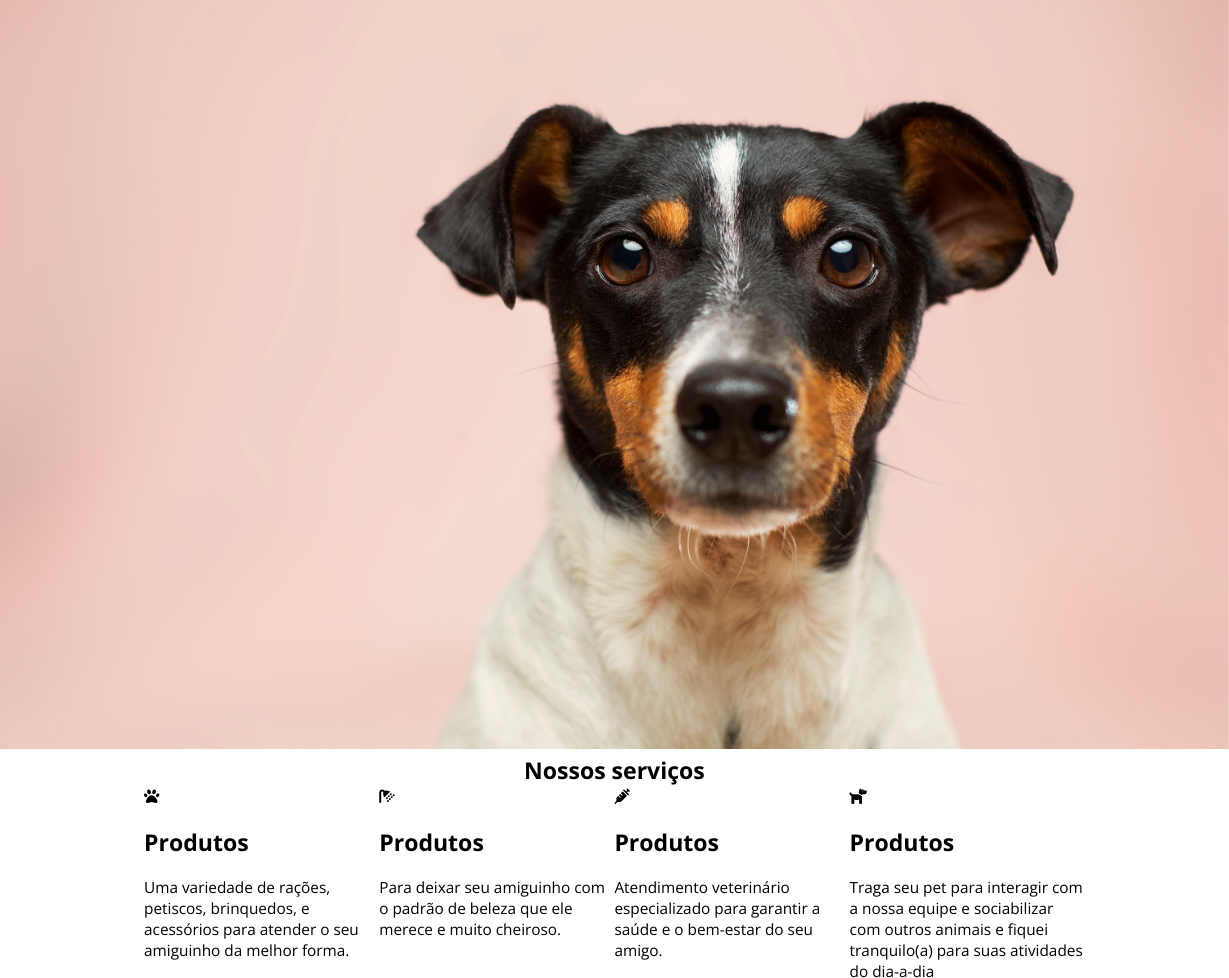
Repository: Carolden/ProhetoPetShop
Page: index.html
These files come from the project's save history. The page is drawn as it stood at one moment and after the next save; the edit follows.
The browser window is 1280 px wide. The pictures show the part of the page from y = 270 to 1289 px (the page is 2823 px tall before and 2863 px after), at 96% of full size.
A picture or video elsewhere on the page could not be fetched, so the positions and the page height are approximate.

Above is the page before, as saved 2023-04-28 10:25:03.

After the next save:
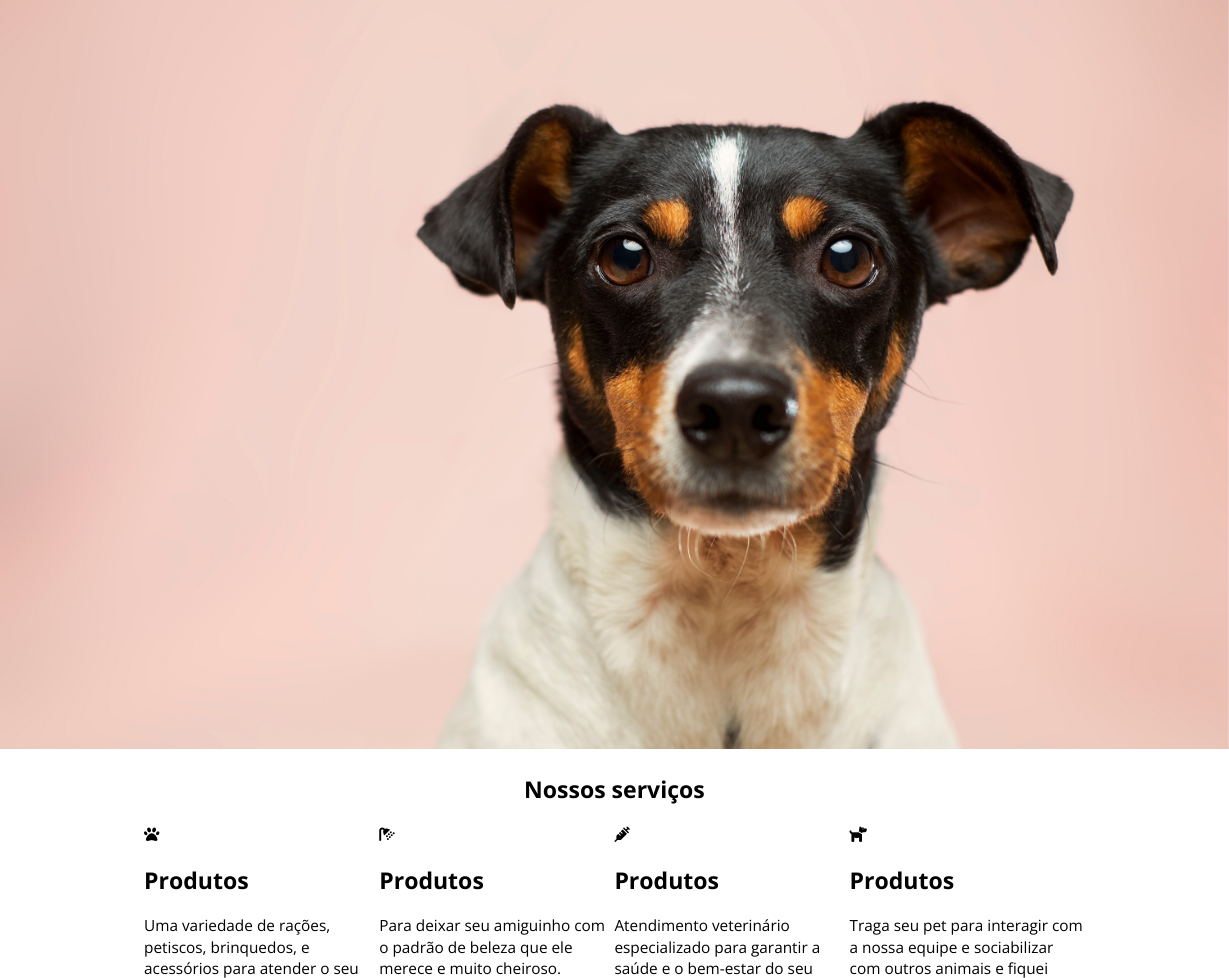
Saved 13 s later.
--- a/index.css
+++ b/index.css
@@ -68,7 +68,7 @@ a:hover {
 
 
 .h1 {
-    margin: auto;
+    /* margin: auto; */
     text-align: center;
 }
 
